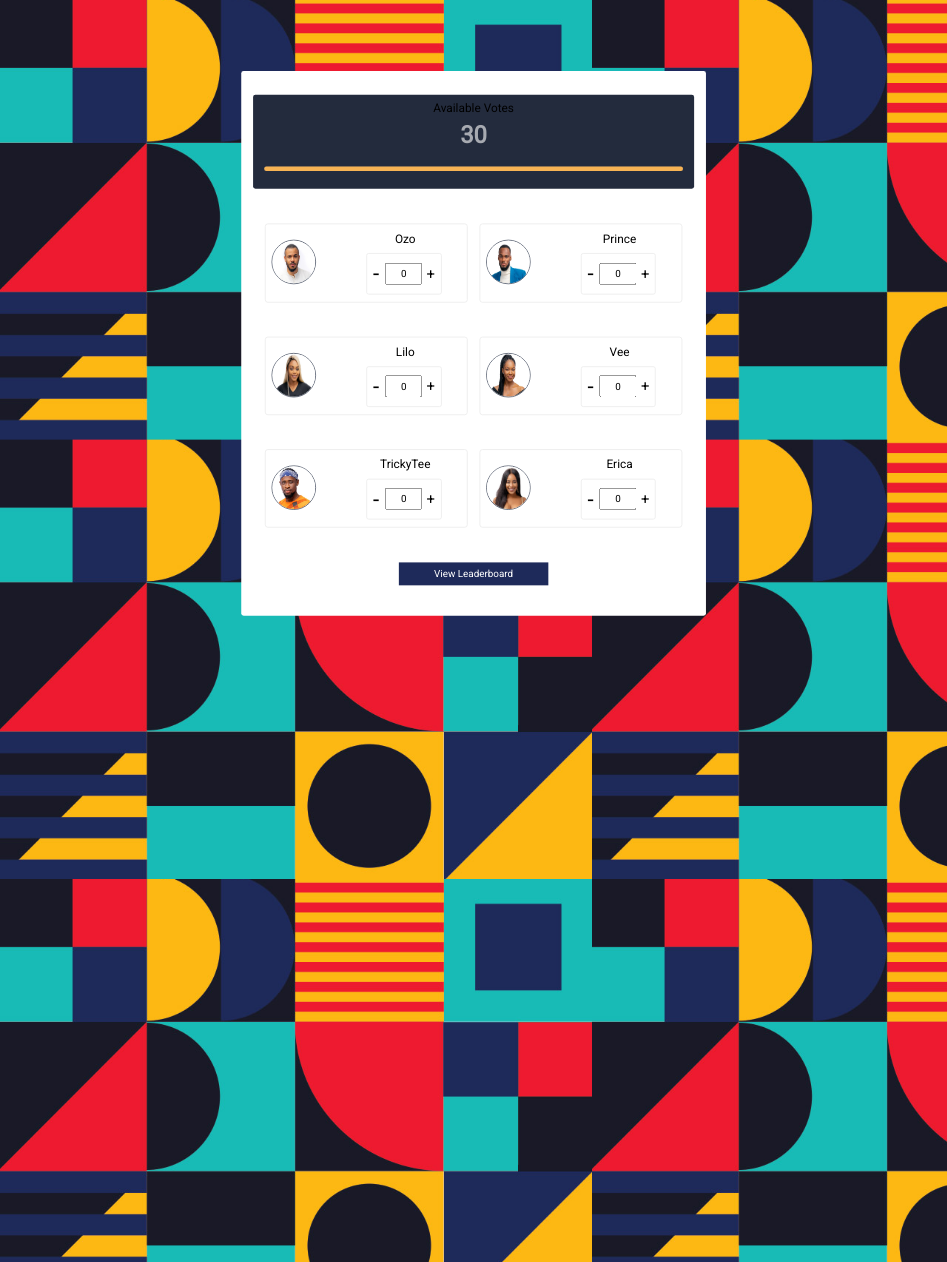
Repository: Eredun/bbn-voting
Page: index.html
These files come from the project's save history. The page is drawn as it stood at one moment and after the next save; the edit follows.
The browser window is 1280 px wide. The pictures show the whole page, at 74% of full size.

Above is the page before, as saved 2020-08-22 10:41:10.

### index.html
<!DOCTYPE html>
<html lang="en">
  <head>
    <meta charset="UTF-8" />
    <meta name="viewport" content="width=device-width, initial-scale=1.0" />
    <title>Bbn voting system</title>
    <link rel="stylesheet" href="./style.css" />
    <link
      href="https://fonts.googleapis.com/css2?family=Roboto&display=swap"
      rel="stylesheet"
    />
  </head>
  <body>
    <div class="container">
      <div class="card">
        <div class="panel">
          <span>Available Votes</span>
          <h1 class="total-marks"></h1>
          <div class="progressbar">
            <div class="progress"></div>
          </div>
        </div>
        <div class="user-card">
          <div class="user">
            <div class="user-img">
              <img src="./img/Ozo.jpg" alt="Ozo">
            </div>
            <div class="user-info">
              <span class="username">Ozo</span>
              <div class="vote-container">
                <button class="minus">-</button>
                <!-- <span class="votes">0</span> -->
                <input type="tel" name="votes" class="votes" value="0">
                <button class="plus">+</button>
              </div>
            </div>
          </div>
          <div class="user">
            <div class="user-img">
              <img src="./img/Prince.jpg" alt="Prince">
            </div>
            <div class="user-info">
              <span class="username">Prince</span>
              <div class="vote-container">
                <button class="minus">-</button>
                <!-- <span class="votes">0</span> -->
                <input type="tel" name="votes" class="votes" value="0">
                <button class="plus">+</button>
              </div>
            </div>
          </div>
          <div class="user">
            <div class="user-img">
              <img src="./img/Lilo.jpg" alt="Lilo">
            </div>
            <div class="user-info">
              <span class="username">Lilo</span>
              <div class="vote-container">
                <button class="minus">-</button>
                <!-- <span class="votes">0</span> -->
                <input type="tel" name="votes" class="votes" value="0">
                <button class="plus">+</button>
              </div>
            </div>
          </div>
          <div class="user">
            <div class="user-img">
              <img src="./img/Vee.jpg" alt="Vee">
            </div>
            <div class="user-info">
              <span class="username">Vee</span>
              <div class="vote-container">
                <button class="minus">-</button>
                <!-- <span class="votes">0</span> -->
                <input type="tel" name="votes" class="votes" value="0">
                <button class="plus">+</button>
              </div>
            </div>
          </div>
          <div class="user">
            <div class="user-img">
              <img src="./img/TrikyTee.jpg" alt="Tricky" />
            </div>
            <div class="user-info">
              <span class="username">TrickyTee</span>
              <div class="vote-container">
                <button class="minus">-</button>
                <!-- <span class="votes">0</span> -->
                <input type="tel" name="votes" class="votes" value="0">
                <button class="plus">+</button>
              </div>
            </div>
          </div>
          <div class="user">
            <div class="user-img">
              <img src="./img/Erica.jpg" alt="" />
            </div>
            <div class="user-info">
              <span class="username">Erica</span>
              <div class="vote-container">
                <button class="minus">-</button>
                <!-- <span class="votes">0</span> -->
                <input type="tel" name="votes" class="votes" value="0">
                <button class="plus">+</button>
              </div>
            </div>
          </div>
        </div>

        <div class="redirect">
          <button class="view">View Leaderboard</button>
          <span class="error">*Finish Votes</span>
        </div>
      </div>
      <div class="leaderboard">
        <div class="card">
          <h2>Leaderboard</h2>

          <div class="user-info">
            <div class="user">
              <div class="user-img">
                <img src="" alt="" />
              </div>
              <div class="user-text">
                <p class="username"></p>
                <div class="marks">
                  <span></span>
                </div>
              </div>
            </div>
            <div class="user">
              <div class="user-img">
                <img src="" alt="" />
              </div>
              <div class="user-text">
                <p class="username"></p>
                <div class="marks">
                  <span></span>
                </div>
              </div>
            </div>
            <div class="user">
              <div class="user-img">
                <img src="" alt="" />
              </div>
              <div class="user-text">
                <p class="username"></p>
                <div class="marks">
                  <span></span>
                </div>
              </div>
            </div>
            <div class="user">
              <div class="user-img">
                <img src="" alt="" />
              </div>
              <div class="user-text">
                <p class="username"></p>
                <div class="marks">
                  <span></span>
                </div>
              </div>
            </div>
            <div class="user">
              <div class="user-img">
                <img src="" alt="" />
              </div>
              <div class="user-text">
                <p class="username"></p>
                <div class="marks">
                  <span></span>
                </div>
              </div>
            </div>
            <div class="user">
              <div class="user-img">
                <img src="" alt="" />
              </div>
              <div class="user-text">
                <p class="username"></p>
                <div class="marks">
                  <span></span>
                </div>
              </div>
            </div>
          </div>
          <div class="redirect">
            <button class="back">Back To Vote</button>
            <div class="userEviction">
              <p></p>
            </div>
          </div>
        </div>
      </div>
    </div>
    <script src="./app.js"></script>
  </body>
</html>

### style.css
* {
    padding: 0;
    margin: 0;
    box-sizing: border-box;
    outline-style: none;
    font-family: 'Roboto', sans-serif;
}

body {
    background: url("./img/image.png");
    width: 100%;
    background-repeat: repeat;
}

span, p {
    font-size: 16px !important;
}

button {
    cursor: pointer;
}

.container {
    width: 98%;
    margin: 0 auto;
    overflow: hidden;
}

.card {
    height: auto;
    width: 50%;
    background: #fff;
    border-radius: .2rem;
    padding: 16px 16px 6.4px 16px;
    margin: 96px auto;
}

.panel {
    padding: .5rem 0;
    margin: 1rem auto;
    background: #232B3D;
    border-radius: .2rem;
    text-align: center;
}

.votes {
    /* color: ; */
    display: block;
    margin: 10px 0;
    width: 50px;
    height: 30px;
    font-weight: 500;
    text-align: center;
}

.panel h1 {
    color: #fff;
    opacity: 60%;
    padding: .5rem 0;
}

.panel .progressbar {
    width: 95%;
    height: .4rem;
    margin: 1rem auto;
    background: #3B4558;
    border-radius: 1.5rem;
}

.progressbar .progress {
    width: 100%;
    height: 100%;
    background: #F7B354;
    border-radius: inherit;
    box-shadow: 0px, 4px rgba(0, 0, 0, 0.25);
    transition: width linear .4s;
}

/* User card styling */

.user {
    border: 1px solid rgb(233, 233, 233);
    height: auto;
    border-radius: 4px;
    display: flex;
    margin: 15px 0;
}

.user-card {
    width: 100%;
    padding: 1rem;
    display: grid;
    grid-template-columns: repeat(2, 1fr);
    grid-gap: 1rem;
}



.user .user-img {
    width: 50%;

    padding: .5rem;
}

.user-img img {
    display: block;
    height: 60px;
    width: 60px;
    border: 1px solid #3B4558;
    border-radius: 50%;
    margin-top: 13px;
}

.user-info {
    display: flex;
    align-items: center;
    justify-content: center;
    flex-direction: column;
}

/* .user-info span {
    font-size: 2rem;
    display: block;
} */

.username {
    font-size: 20px;
    margin: 10px 0;
}

.vote-container {
    border: 1px solid rgb(233, 233, 233);
    display: flex;
    align-items: center;
    align-content: center;
    justify-content: space-between;
    border-radius: .2rem;
    padding: .1rem .5rem;
    margin: 0 .2rem 10px 0;
}

.vote-container button {
    border: none;
    background: none;
    /* margin: 0 .4rem; */
}

.plus {
    font-size: 20px;
    margin-left: 6px;

}

 .minus {
    font-size: 30px;
    margin-right: 8px;
}

.redirect {
    margin: 1rem auto;
    text-align: center;
}

.redirect button {
    border: none;
    color: #fff;
    background: #1E2A5A;
    padding: .5rem 3rem;
}

.redirect span {
    font-size: .6rem !important;
    display: block;
    margin: .5rem 0;
    color: red;
    font-weight: 500;
}

.error {
    visibility: hidden;
}

/* Leaderboard Styling */

.leaderboard {
    width: 50%;
    background: rgba(51, 51, 51, 0.644);
    border-radius: .2rem;
    padding: 1rem 1rem .4rem 1rem;
    /* position: fixed;
    top: 0;
    left: 0;
    right: 0;
    bottom: 0; */
    width: 100%;
    height: 100%;
    opacity: 0;
    pointer-events: none;
    transition: all linear .4s;
}

.leaderboard h2 {
    text-align: center;
    color: #26282c;
    font-size: 1rem;
    margin: 2rem auto;
}

.leaderboard .user-info {
    display: grid;
    grid-template-columns: repeat(2, 1fr);
    grid-gap: 1rem;
}

.leaderboard .user-info .user {
    border-radius: none !important;
    display: flex;
    align-items: center;
    justify-content: space-between;
    padding: 0 .5rem;
}

.leaderboard p {
    font-size: 13px !important;
    padding: 0 .2rem;
}

.leaderboard .user-text {
    display: flex;
    align-items: center;
}

.leaderboard .marks {
    height: 2rem;
    width: 2rem;
    background: #1E2A5A;
    border-radius: 50%;
    text-align: center;
}

.marks span {
    display: block;
    line-height: 30px;
    color: white;
}

.leaderboard .userEviction p {
    margin: 1rem 0;
    color: #18BBB6;
    font-size: 13px !important;
    font-weight: 500;
}

/* Media queries */


@media (max-width:998px){
    .input-votes{
        width: 80%;
        display: flex;
        flex-direction: column;
    }

    .input-votes button{
        width: 98%;
        margin: .4rem auto;
    }
}
@media(max-width:790px) {
    p, span {
        font-size: 12px !important;
    }
    .user-card {
        display: block;
        margin: 1rem 0;
    }
  .user-card  .user {
        align-items: center;
        justify-content: space-between;
        padding: .5rem 2rem;
    }
    .user-text .username{
       padding: 0 .6rem;
    }
    .container .card{
        width: 95% !important;
    }
    .user {
        margin: 1rem 0;
    }
    .leaderboard .user-info {
        display: block;
    }
}



@media (max-width:460px){
    .input-votes{
        width: 100%;
    }
}

### app.js


const getContestants = () => {
  const strHousemates = localStorage.getItem('housemates');

  if (!strHousemates) {
    return [];
  } else {
    return JSON.parse(strHousemates);
  }
}
// const newContestants = getContestants();




let housemates = [
  {
    name: 'Ozo',
    votes: 0,
  },
  {
    name: 'Prince',
    votes: 0
  },
  {
    name: 'Lilo',
    votes: 0
  },
  {
    name: 'Vee',
    votes: 0
  },
  {
    name: 'TrickyTee',
    votes: 0
  },
  {
    name: 'Erica',
    votes: 0
  }
];

let votes = 30;
let totalVotes = 30

const minusBtn = document.querySelectorAll(".minus");
const addBtn = document.querySelectorAll(".plus");
const inputVotes = document.querySelectorAll(".votes");
const progressBar = document.querySelector('.progress');
const btn = document.querySelector('.view');
const span = document.querySelector('.error');
console.log(inputVotes);

let votesCounter = (document.querySelector(".total-marks"));
votesCounter.textContent = votes

console.log(votesCounter);

const subTotalVotes = () => {
  if (votes === 0) {
    votes = 0;
  } else {
    votes -= 1;
  }
  votesCounter.textContent = votes;

};

const subVotes = () => {
  votes -= 1
  votesCounter.textContent = votes;
}

const addVotes = () => {
  votes += 1;
  votesCounter.textContent = votes;
}


for (let i = 0; i < addBtn.length; i++) {
  addBtn[i].addEventListener('click', e => {
    if (votes === 0) {
      inputVotes[i].value = inputVotes[i].value;
    } else if (votes < 1) {
      console.log(housemates);
    }
    else {
      // console.log('Hello');
      subVotes();
      inputVotes[i].value++;
      let calc = 100 - ((totalVotes - votes) / totalVotes * 100);
      // console.log(calc);
      progressBar.style.width = `${calc}%`;
      housemates[i].votes = parseInt(inputVotes[i].value);
      localStorage.setItem('housemates', JSON.stringify(housemates));
    }
  })
}


for (let i = 0; i < minusBtn.length; i++) {
  minusBtn[i].addEventListener('click', e => {
    if (parseInt(inputVotes[i].value) === 0) {
      inputVotes[i].value = 0
      // console.log(inputVotes[i].value);
    } else {
      addVotes();
      inputVotes[i].value--
      let calc = 100 - ((totalVotes - votes) / totalVotes * 100);
      // console.log(calc);
      progressBar.style.width = `${calc}%`;
      housemates[i].votes = parseInt(inputVotes[i].value);
    }
    // console.log(housemates);
  })
}

btn.addEventListener('click', e => {
  if (votesCounter.textContent <= 0) {
    let newContestants = getContestants();
    console.log(newContestants);
  } else {
    span.classList.remove('error');
    setTimeout(() => {
      span.classList.add('error');
    }, 3000);
  }
})












































// class System {
//   constructor() {
//     this.votes = 30;
//     this.totalVotes = 30
//     this.remainingVotes = this.totalVotes - this.votes;
//     this.minusBtn = document.querySelectorAll(".minus");
//     this.addBtn = document.querySelectorAll(".plus");
//     this.inputVotes = document.querySelectorAll(".votes");
//     this.progressBar = document.querySelector('.progress');
//     this.votesCounter = (document.querySelector(".total-marks"));
//     votesCounter.textContent = votes;
//     this.housemates = [
//       {
//         name: 'Ozo',
//         votes: 0,
//       },
//       {
//         name: 'Prince',
//         votes: 0
//       },
//       {
//         name: 'Lilo',
//         votes: 0
//       },
//       {
//         name: 'Vee',
//         votes: 0
//       },
//       {
//         name: 'TrickyTee',
//         votes: 0
//       },
//       {
//         name: 'Erica',
//         votes: 0
//       }
//     ];
//   }
//   subTotalVotes() {
//     if (this.votes === 0) {
//       this.votes = 0;
//     } else {
//       this.votes -= 1;
//     }
//     votesCounter.textContent = this.votes;
//   };
//   subVotes() {
//     if (votes === 0) {
//       this.votes = 0
//     } else {
//       this.votes -= 1
//       console.log(this.votes);
//     }
//     votesCounter.textContent = this.votes;
//   }
//   getVoteIncrement() {
//     for (let i = 0; i < addBtn.length; i++) {
//       this.addBtn[i].addEventListener('click', e => {
//         if (this.votes === 0) {
//           this.inputVotes[i].value = this.inputVotes[i].value;
//           console.log(this.housemates);
//         } else {
//           console.log('Hello');
//           this.subVotes();
//           console.log('New votes:', this.votes);
//           this.inputVotes[i].value++;
//           let calc = 100 - (this.totalVotes - this.votes)/this.totalVotes * 100;
//           console.log(calc);
//           console.log('remain: ', this.remainingVotes);
//           progressBar.style.width = `${calc}%`;
//           this.housemates[i].votes = parseInt(this.inputVotes[i].value);
//           localStorage.setItem('housemates', JSON.stringify(this.housemates));

//           console.log(this.housemates);
//         }
//       })
//     }
//     return this.housemates;
//   }
// }

// window.addEventListener('DOMContentLoaded', e => {

//   const voteSystem = new System();
//   console.log(voteSystem.getVoteIncrement());
//   console.log(voteSystem.housemates);


// })
// window.addEventListener('click', e => {
//   voteS = new System();

After the next save:
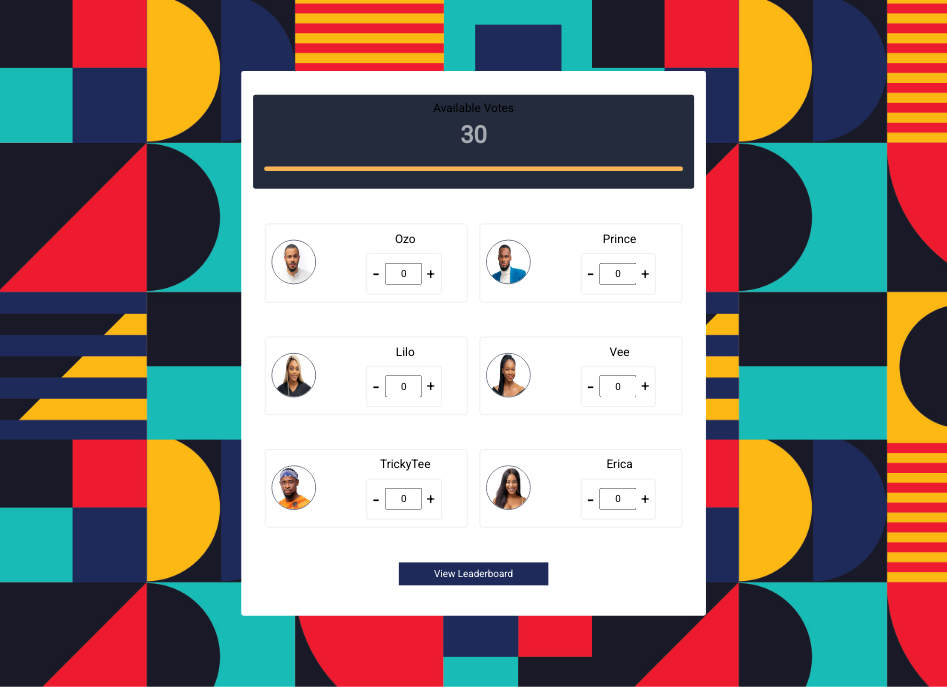
Saved 25 s later.
--- a/style.css
+++ b/style.css
@@ -187,11 +187,11 @@ button {
     background: rgba(51, 51, 51, 0.644);
     border-radius: .2rem;
     padding: 1rem 1rem .4rem 1rem;
-    /* position: fixed;
+    position: fixed;
     top: 0;
     left: 0;
     right: 0;
-    bottom: 0; */
+    bottom: 0;
     width: 100%;
     height: 100%;
     opacity: 0;
